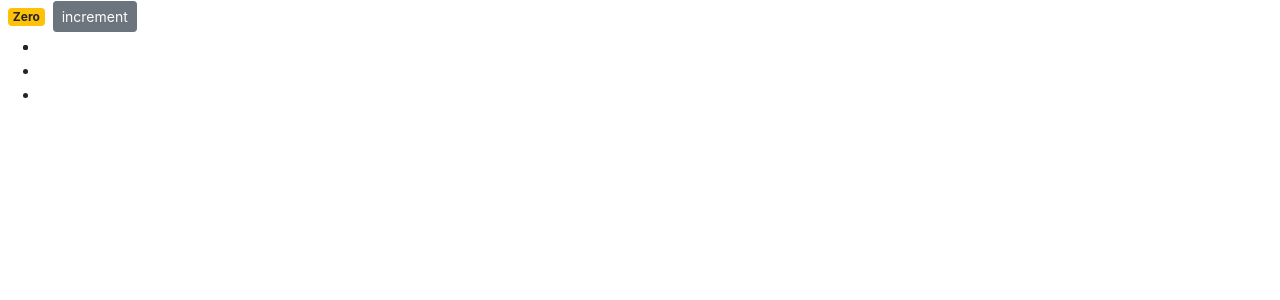
Repository: AvinashLikesToLearnNewStuff/Counter_app
Page: /
An editor plug-in stored every save of this project. The page is shown before and after the next save, followed by the edit.
The browser window is 1280 px wide. The pictures show the whole page.
The project was rebuilt for these pictures with package versions that can differ from the ones it lists, and the page was loaded fresh each time. Also part of the build but not shown: src/components/navbar.jsx, src/App.css, src/App.js. Imported but missing from the stored project, and not drawn on this page: src/components/counters.

Above is the page before, as saved 2023-02-27 17:21:43.

### src/index.js
import React from "react";
import ReactDOM from "react-dom/client";
import "./index.css";
import App from "./App";
import reportWebVitals from "./reportWebVitals";
import Counter from "./components/counter";
import "bootstrap/dist/css/bootstrap.css";

const root = ReactDOM.createRoot(document.getElementById("root"));
root.render(
  <React.StrictMode>
    <Counter />
  </React.StrictMode>
);

// If you want to start measuring performance in your app, pass a function
// to log results (for example: reportWebVitals(console.log))
// or send to an analytics endpoint. Learn more: https://bit.ly/CRA-vitals
reportWebVitals();

### src/components/counter.jsx
import React, { Component } from "react";

class Counter extends Component {
  state = {
    count: 0,
    //we add a tag array and make 3 elements in it
    tags: ["tag1", "tag2", "tag3"],
  };

  render() {
    return (
      <div>
        <span className={this.getBadgeClasses()}>{this.formatCount()}</span>
        <button className="btn btn-secondary btn-sm">increment</button>
        {/* //we want to render the tags using ul and li tags */}
        <ul>
          <li>
            {/* //in jsx expressions we dont have the concept of loops because jsx is a simple syntax that gets compiled to react */}
            {/* so we will use the map method to render our list of items */}
            {this.state.tags.map((tag) => (
              <li></li>
            ))}
            {/* we grab the tags array and map each tag, each tag goes to a list item  */}
          </li>
        </ul>
      </div>
    );
  }

  getBadgeClasses() {
    let classes = "badge m-2 badge-";
    //when we have count as 0 we want to add warning class
    classes += this.state.count === 0 ? "warning" : "primary";
    return classes;
  }

  formatCount() {
    const { count } = this.state;
    return count === 0 ? "Zero" : count;
  }
}

export default Counter;

Loaded but not shown: public/index.html (common file); src/index.css (common file); src/reportWebVitals.js (common file)

After the next save:
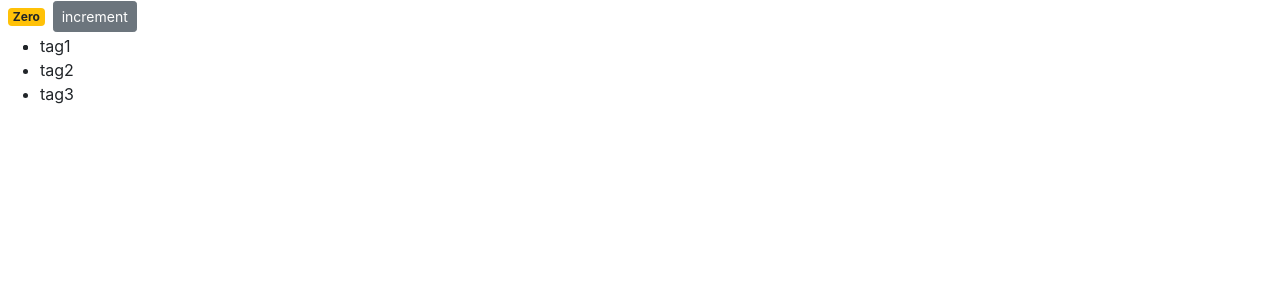
Saved 73 s later.
--- a/src/components/counter.jsx
+++ b/src/components/counter.jsx
@@ -18,7 +18,7 @@ class Counter extends Component {
             {/* //in jsx expressions we dont have the concept of loops because jsx is a simple syntax that gets compiled to react */}
             {/* so we will use the map method to render our list of items */}
             {this.state.tags.map((tag) => (
-              <li></li>
+              <li>{tag}</li>
             ))}
             {/* we grab the tags array and map each tag, each tag goes to a list item  */}
           </li>
